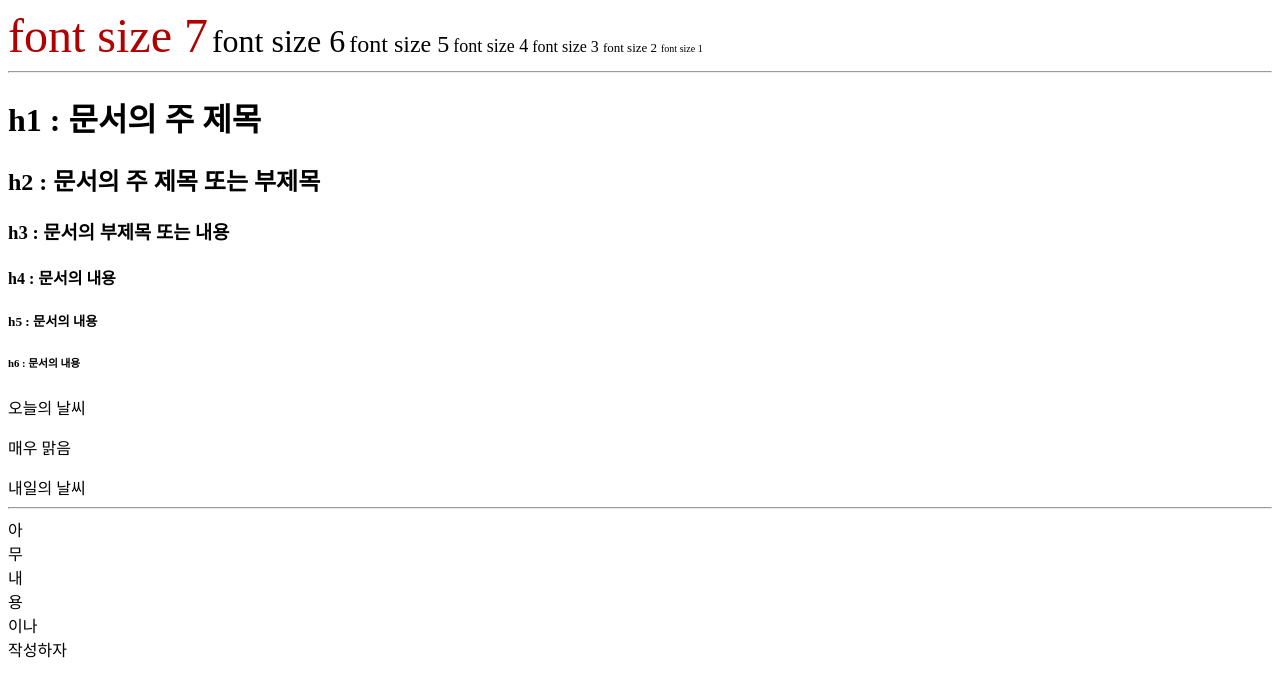
Repository: thswlsqls/JspWorkspace
Page: html/ex01.html
An editor plug-in stored every save of this project. The page is shown before and after a run of saves, followed by the edit.
The browser window is 1280 px wide. The pictures show the whole page.

Above is the page before, as saved 2021-04-09 08:02:58.

After the next 2 saves:
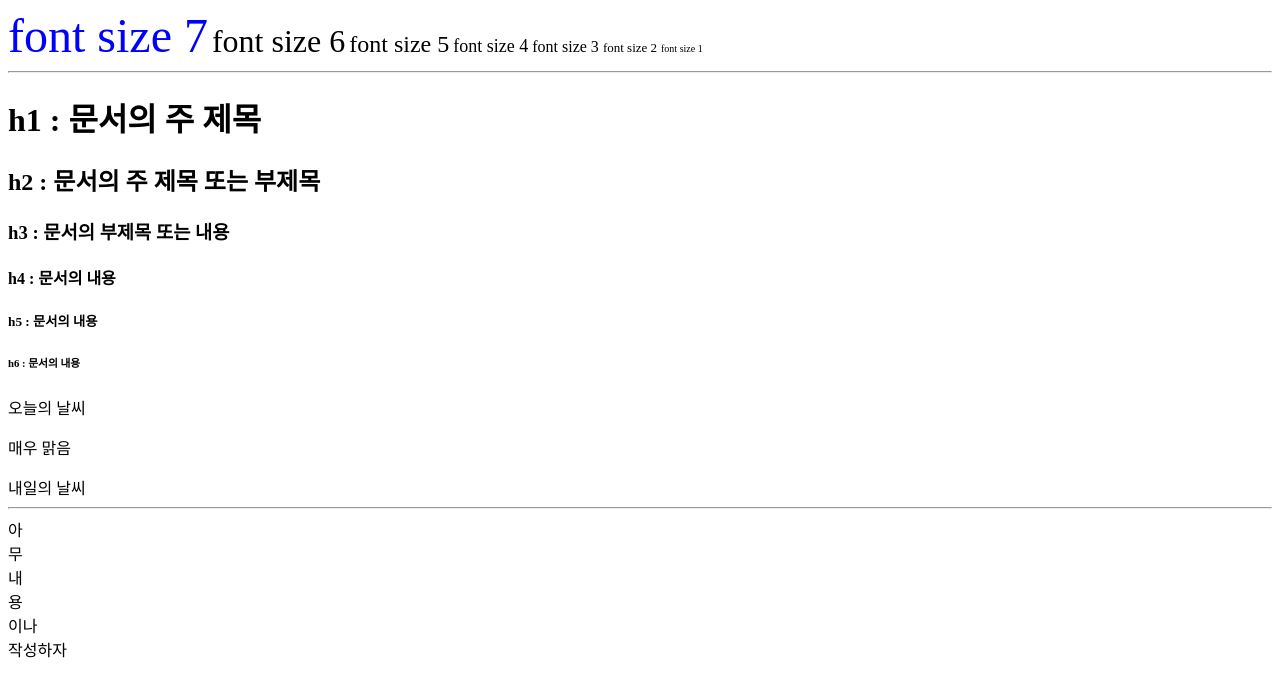
The 2 saves are shown as one change because they came seconds apart.
The last was saved 29 s later.
--- a/html/ex01.html
+++ b/html/ex01.html
@@ -8,7 +8,7 @@
 <body text="white" bgcolor="black">
  -->
 <body>
-	<font size="7" color="blut" face="궁서체">font size 7</font>
+	<font size="7" color="blue" face="궁서체">font size 7</font>
 	<font size="6">font size 6</font>
 	<font size="5">font size 5</font>
 	<font size="4">font size 4</font>

After the save that followed:
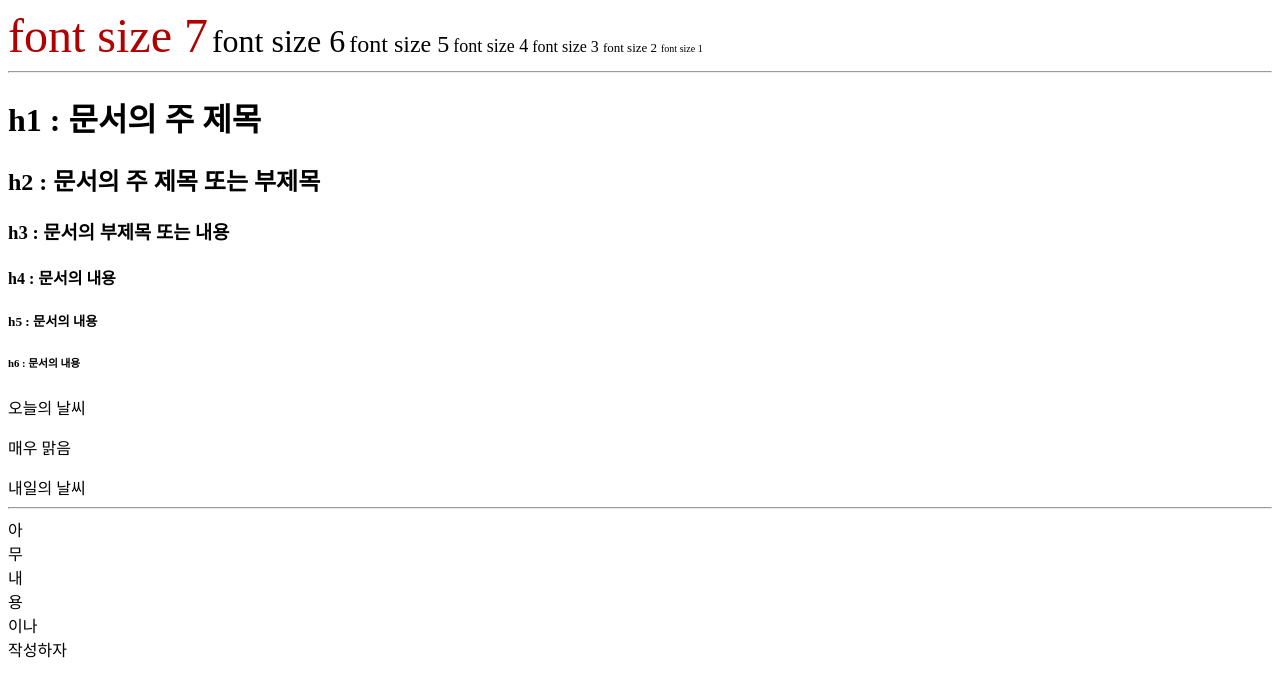
Saved 7 s later.
--- a/html/ex01.html
+++ b/html/ex01.html
@@ -8,7 +8,7 @@
 <body text="white" bgcolor="black">
  -->
 <body>
-	<font size="7" color="blue" face="궁서체">font size 7</font>
+	<font size="7" color="blut" face="궁서체">font size 7</font>
 	<font size="6">font size 6</font>
 	<font size="5">font size 5</font>
 	<font size="4">font size 4</font>
